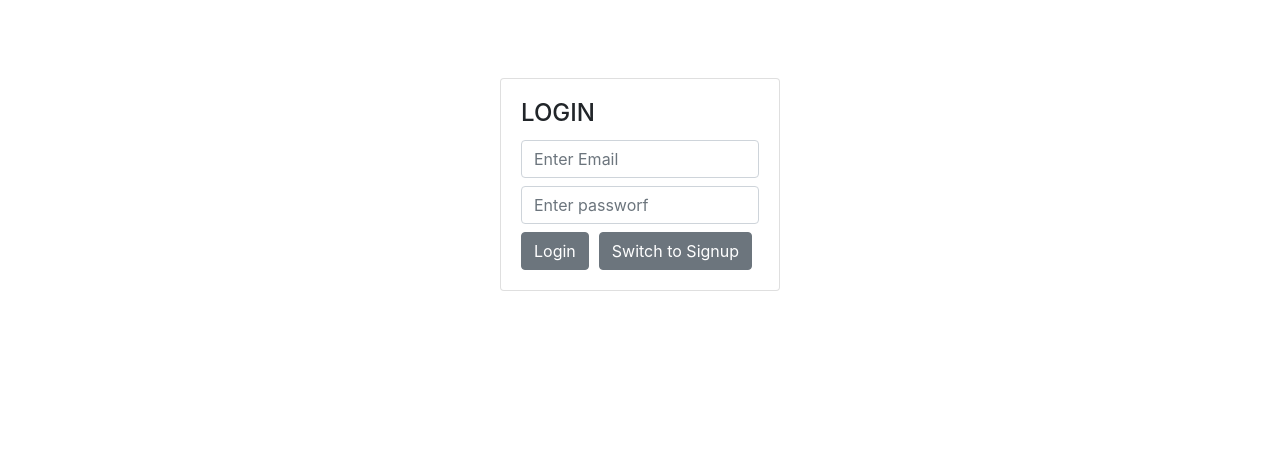
Repository: hosseinemami1370/iranicard
Page: /auth
These files come from the project's save history. The page is drawn as it stood at one moment and after the next save; the edit follows.
The browser window is 1280 px wide. The pictures show the whole page.
Pictures or frames that could not be fetched are drawn as grey boxes. The project was rebuilt for these pictures with package versions that can differ from the ones it lists, and the page was loaded fresh each time. The framework's server and built-in components were replaced by stand-ins that run in the browser. Also part of the build but not shown: nuxt.config.js, components/Header.vue, components/Logo.vue, components/UI/AppButton.vue, components/navigation/Header.vue, layouts/admin.vue, layouts/error.vue, layouts/header.vue.

Above is the page before, as saved 2021-03-13 15:40:14.

### layouts/default.vue
<template>
  <div>
    <!-- <Header /> -->
    <Nuxt />
  </div>
</template>
<script>
// import Header from '@/components/navigation/Header'
//  export default {
//    components:{
//      Header
//    }
//  }

// </script>

<style>
html {
  font-family:
    'Source Sans Pro',
    -apple-system,
    BlinkMacSystemFont,
    'Segoe UI',
    Roboto,
    'Helvetica Neue',
    Arial,
    sans-serif;
  font-size: 16px;
  word-spacing: 1px;
  -ms-text-size-adjust: 100%;
  -webkit-text-size-adjust: 100%;
  -moz-osx-font-smoothing: grayscale;
  -webkit-font-smoothing: antialiased;
  box-sizing: border-box;
}

*,
*::before,
*::after {
  box-sizing: border-box;
  margin: 0;
}

.button--green {
  display: inline-block;
  border-radius: 4px;
  border: 1px solid #3b8070;
  color: #3b8070;
  text-decoration: none;
  padding: 10px 30px;
}

.button--green:hover {
  color: #fff;
  background-color: #3b8070;
}

.button--grey {
  display: inline-block;
  border-radius: 4px;
  border: 1px solid #35495e;
  color: #35495e;
  text-decoration: none;
  padding: 10px 30px;
  margin-left: 15px;
}

.button--grey:hover {
  color: #fff;
  background-color: #35495e;
}
</style>

### pages/auth/index.vue
<template>
 <div class="admin-auth-page">
    <div class="auth-container">
  <b-card title="LOGIN" style="max-with:10rem" class="mt-5">
      <b-form @submit.prevent="onSubmite">
          <b-form-input  id="email" v-model="email" placeholder="Enter Email">

          </b-form-input>
          <b-form-input class="mt-2" id="password" v-model="password" placeholder="Enter passworf">

          </b-form-input>
          <div class="mt-2">
              <b-button type="submit" >{{ isLogin ? 'Login' : 'Sign Up' }}</b-button>
              <b-button type="bottun" style="margin-left:10px" @click="isLogin = !isLogin">Switch to {{ isLogin ? 'Signup' : 'Login' }}</b-button>
          </div>
      </b-form>
  </b-card>
    </div>
    </div>
</template>

<script>
export default {
data() {
    return {
      isLogin: true,
      email:'',
      password:''
    }
}
}
</script>

<style scoped>
    .admin-auth-page {
  padding: 20px;
}

.auth-container {
  /* border: 1px solid #ccc;
  border-radius: 5px;
  box-shadow: 0 2px 2px #ccc; */
  width: 300px;
  margin: auto;
  padding: 10px;
  /* box-sizing: border-box; */
}
</style>

After the next save:
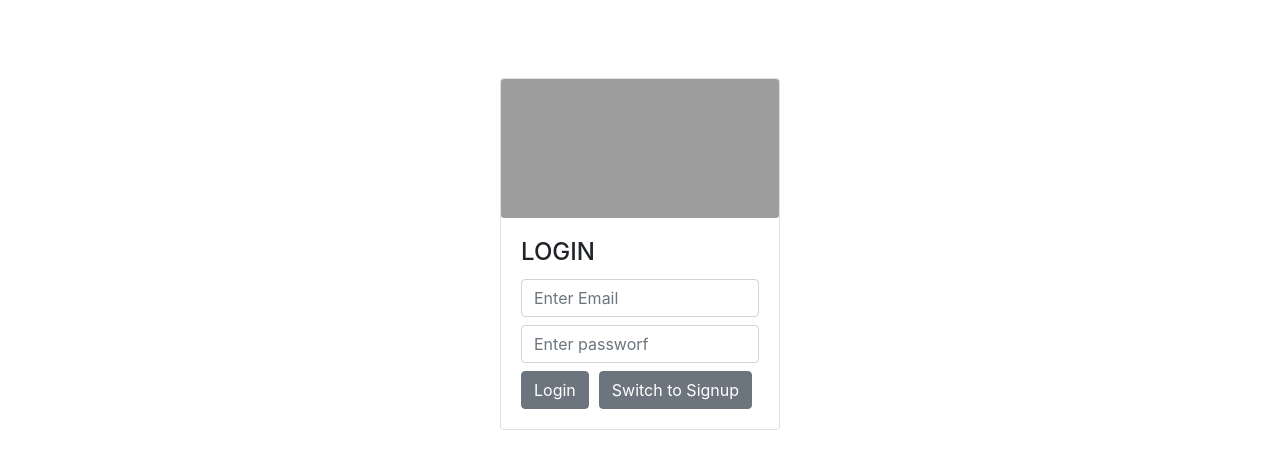
Saved 3 min 3 s later.
--- a/pages/auth/index.vue
+++ b/pages/auth/index.vue
@@ -1,7 +1,7 @@
 <template>
  <div class="admin-auth-page">
     <div class="auth-container">
-  <b-card title="LOGIN" style="max-with:10rem" class="mt-5">
+  <b-card title="LOGIN" style="max-with:10rem" class="mt-5" img-src="https://picsum.photos/600/300/?image=25">
       <b-form @submit.prevent="onSubmite">
           <b-form-input  id="email" v-model="email" placeholder="Enter Email">
 

After the save that followed:
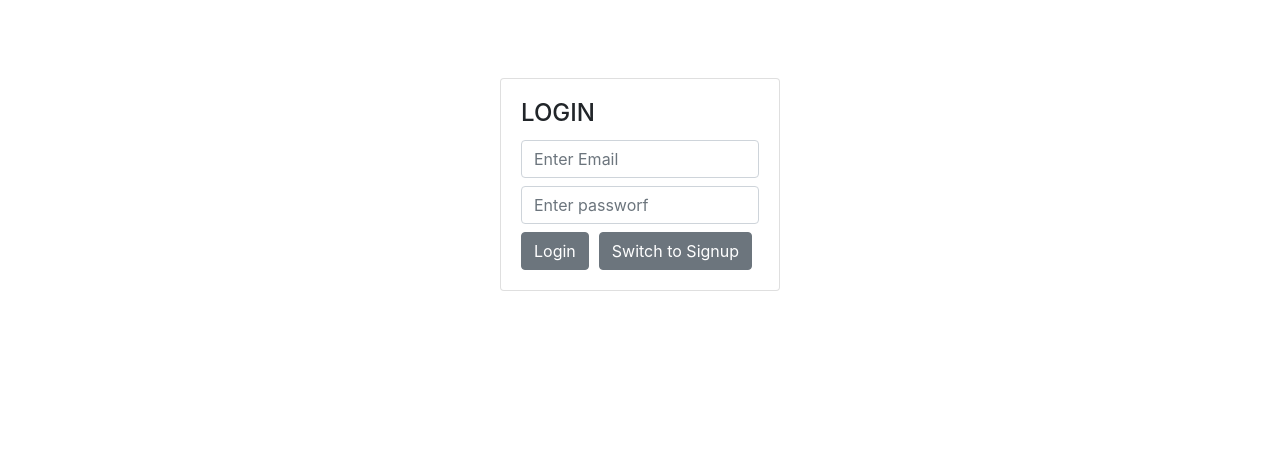
Saved 6 s later.
--- a/pages/auth/index.vue
+++ b/pages/auth/index.vue
@@ -1,7 +1,7 @@
 <template>
  <div class="admin-auth-page">
     <div class="auth-container">
-  <b-card title="LOGIN" style="max-with:10rem" class="mt-5" img-src="https://picsum.photos/600/300/?image=25">
+  <b-card title="LOGIN" style="max-with:10rem" class="mt-5" img-src="">
       <b-form @submit.prevent="onSubmite">
           <b-form-input  id="email" v-model="email" placeholder="Enter Email">
 
